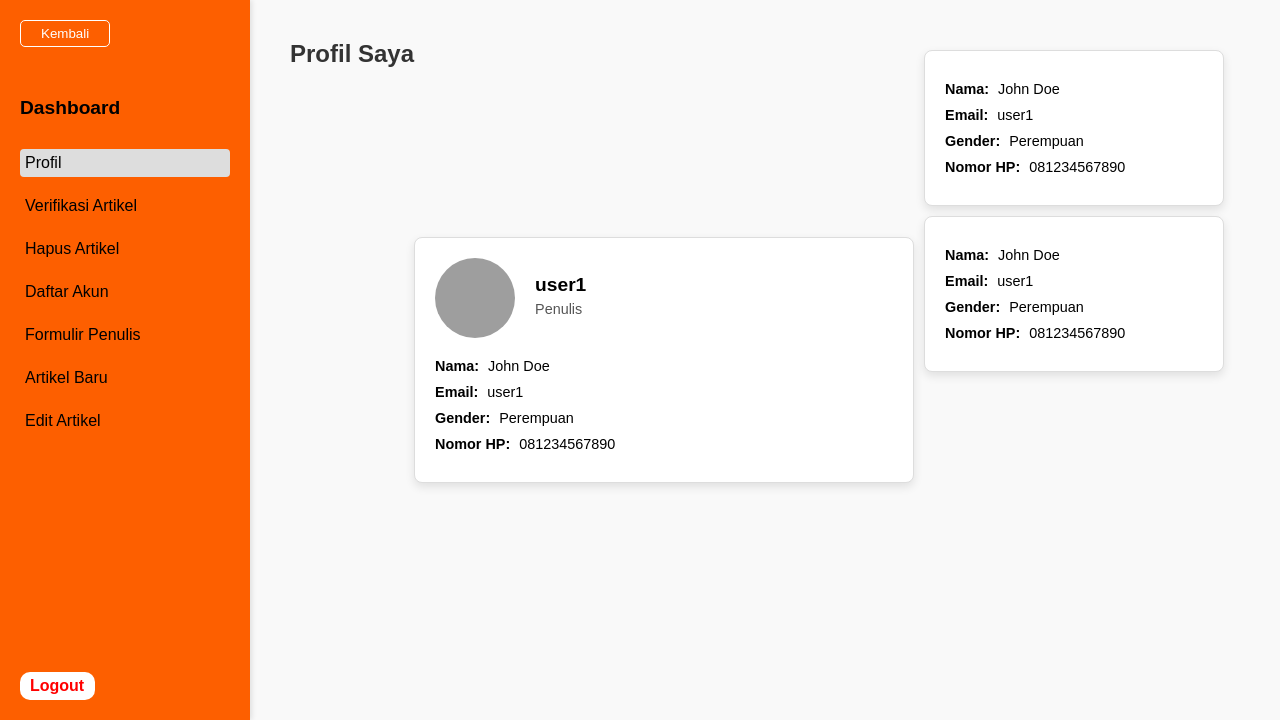
Repository: novalArd/Website_Berita_360News
Page: http://localhost/tes/Profile.php
The author's editor kept a copy of each file at every save. The page is drawn from the files as they stood at one save, then again after the next save.
The browser window is 1280 px wide. The pictures show the whole page.
Pictures or frames that could not be fetched are drawn as grey boxes. The page is run by PHP 8.4 with error messages shown; the project is at /var/www/html/. The session is filled in as if someone had signed in: {"user_id": 1, "username": "user1", "role": "admin", "nama_lengkap": "John Doe", "jenis_kelamin": "", "nomor_hp": "081234567890"}. The database holds what the project's SQL file puts in it.

Above is the page before, as saved 2024-12-16 23:45:26.

After the next save:
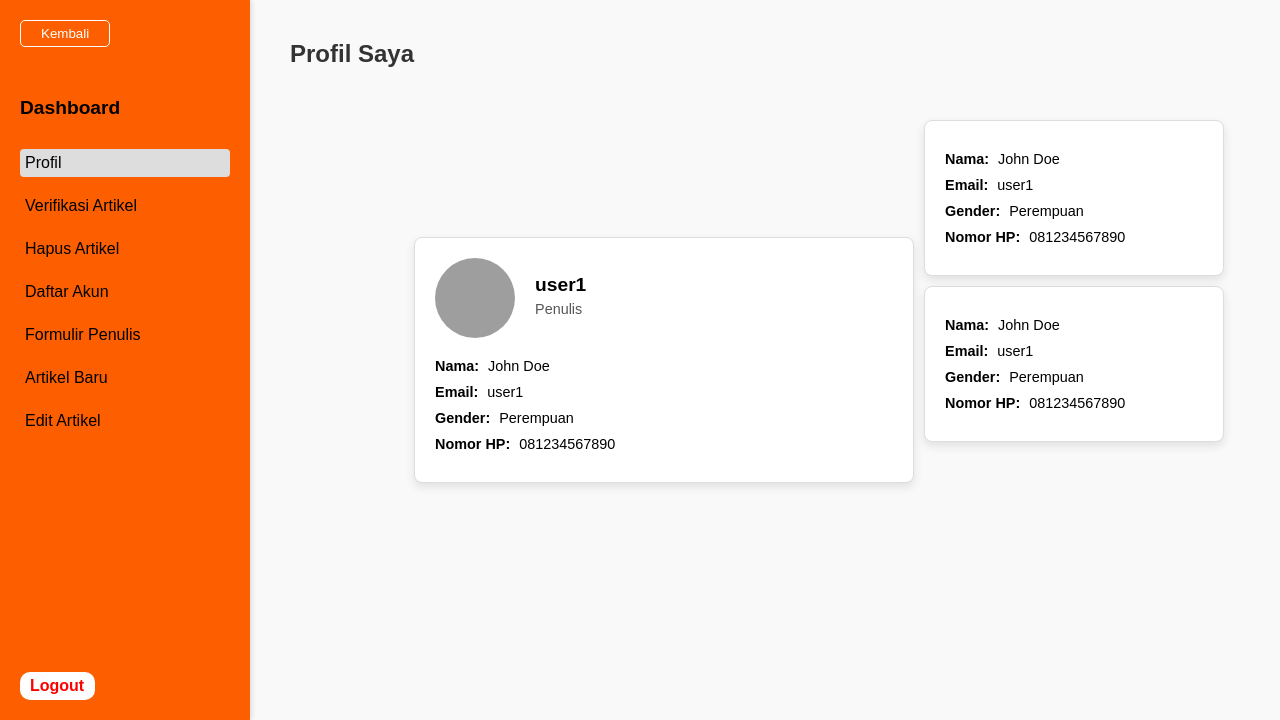
Saved 7 s later.
--- a/tes/profile.css
+++ b/tes/profile.css
@@ -122,7 +122,9 @@ body {
   margin: auto;
 }
 
-.profile-card #profil
+.profile-card #profil-nama {
+  height: 300px;
+}
 
 .profile-2 {
   margin-top: 70px;
